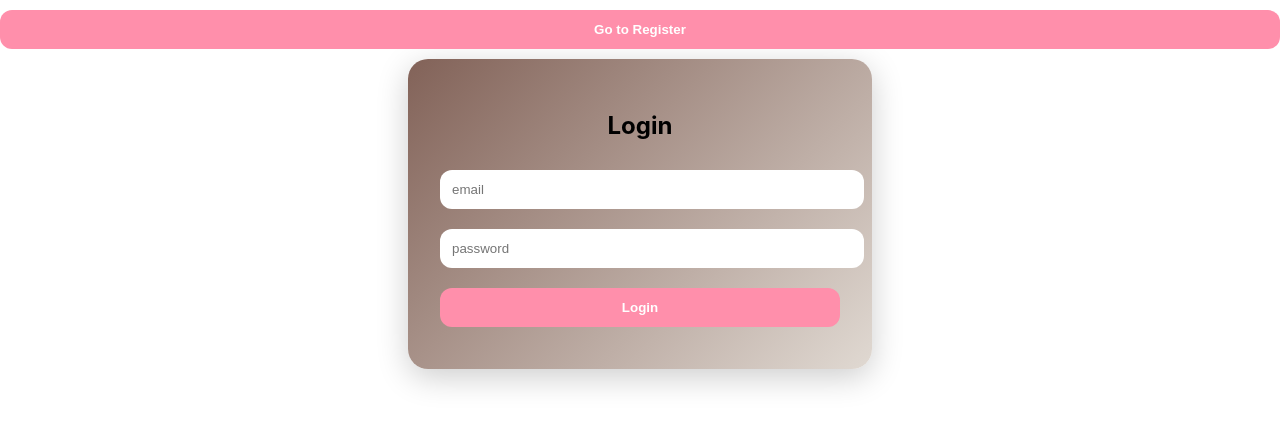
Repository: aab232/https---github.com-aab232-Deferred-Payment-Platform
Page: /register (app in frontend/)
An editor plug-in stored every save of this project. The page is shown before and after the next save, followed by the edit.
The browser window is 1280 px wide. The pictures show the whole page.
The project was rebuilt for these pictures with package versions that can differ from the ones it lists, and the page was loaded fresh each time. Also part of the build but not shown: frontend/src/components/Register.js.

Above is the page before, as saved 2025-03-14 01:24:46.

After the next save:
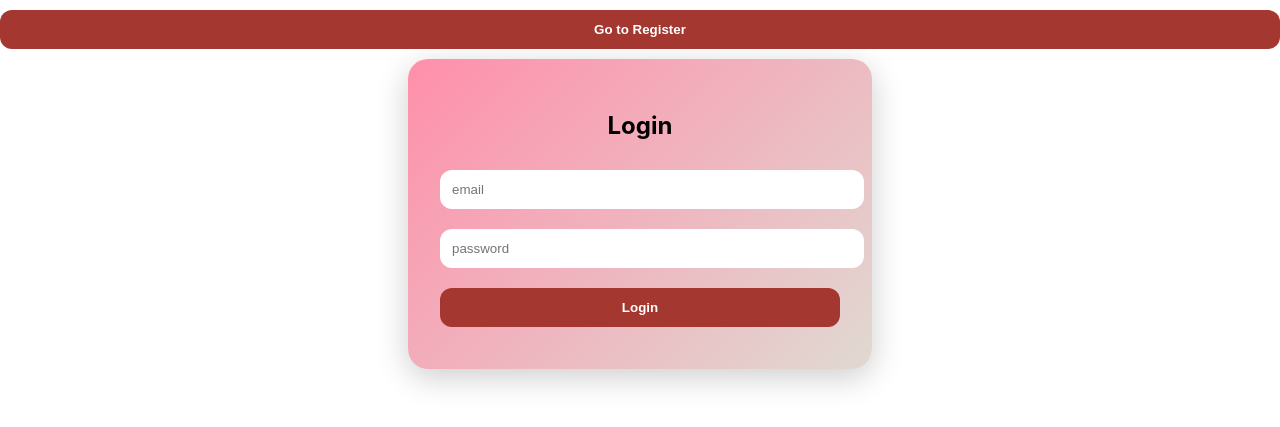
Saved 30 s later.
--- a/frontend/src/components/Login.css
+++ b/frontend/src/components/Login.css
@@ -3,7 +3,7 @@
     max-width: 400px;
     margin: auto;
     padding: 2rem;
-    background: linear-gradient(135deg, #826258, #E0D9D2);
+    background: linear-gradient(135deg, #FF8FAB, #E0D9D2);
     border-radius: 20px;
     box-shadow: 0 8px 32px rgba(0, 0, 0, 0.2);
     text-align: center;
@@ -18,7 +18,7 @@
   }
 
   button {
-    background-color: #FF8FAB;
+    background-color: #a4372f;
     color: white;
     font-weight: bold;
     cursor: pointer;
@@ -26,5 +26,5 @@
 
   p {
     cursor: pointer;
-    color: #FF8FAB;
+    color: #a4372f;
   }
